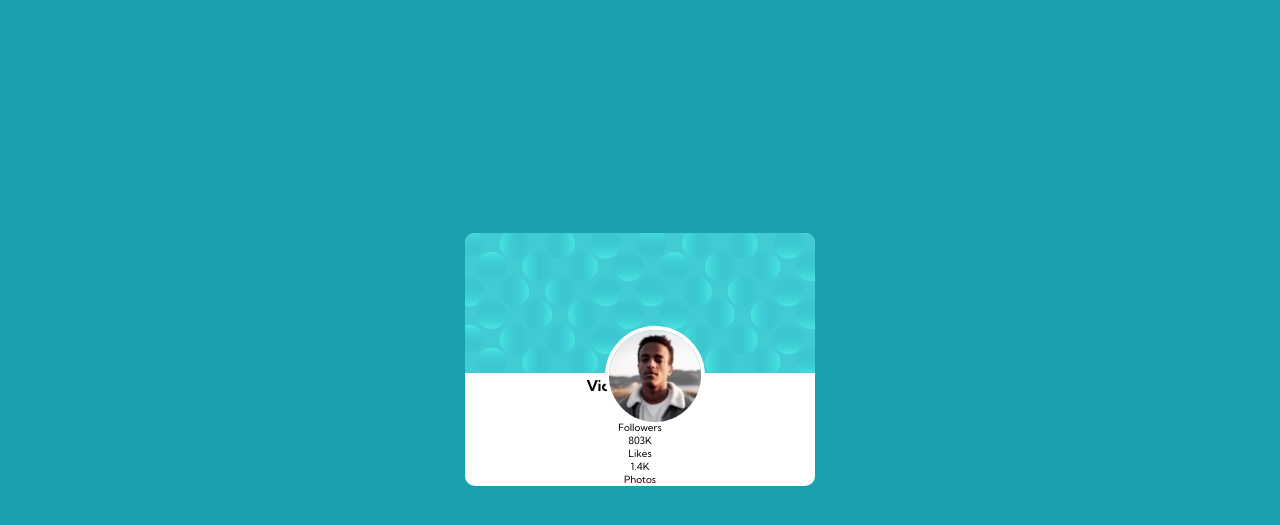
Repository: thaibaocoder1/profile-card-component-main
Page: index.html
These files come from the project's save history. The page is drawn as it stood at one moment and after a run of saves; the edit follows.
The browser window is 1280 px wide. The pictures show the whole page.

Above is the page before, as saved 2023-01-11 13:53:10.

### index.html
<!DOCTYPE html>
<html lang="en">
<head>
  <meta charset="UTF-8">
  <meta name="viewport" content="width=device-width, initial-scale=1.0">
  <link rel="icon" type="image/png" sizes="32x32" href="./images/favicon-32x32.png">
  <title>Frontend Mentor | Profile card component</title>
  <link rel="stylesheet" href="./style.css">
  <!-- Feel free to remove these styles or customise in your own stylesheet 👍 -->
  <style>
    .attribution { font-size: 11px; text-align: center; }
    .attribution a { color: hsl(228, 45%, 44%); }
  </style>
</head>
<body>
  <main class="card">
    <section class="card__wrapper">
      <img src="./images/bg-pattern-card.svg" alt="">
      <section class="card__content">
        <img src="./images/image-victor.jpg" alt="">
        <h2 class="card__bottom--heading">Victor Crest <span>26</span></h2>
        <p class="card__bottom--address">London</p>
        <section class="footer">
            <div class="card__bottom--item">
              <p>80K</p>
              <span>Followers</span>
            </div>
            <div class="card__bottom--item">
              <p>803K</p>
              <span>Likes</span>
            </div>
            <div class="card__bottom--item">
              <p>1.4K</p>
              <span>Photos</span>
            </div>
        </section>
      </section>
    </section>
  </main>
  <!-- <div class="attribution">
    Challenge by <a href="https://www.frontendmentor.io?ref=challenge" target="_blank">Frontend Mentor</a>.
    Coded by <a href="#">Your Name Here</a>.
  </div> -->
</body>
</html>

### style.css
@import url('https://fonts.googleapis.com/css2?family=Kumbh+Sans:wght@400;700&display=swap');
* {
    margin: 0;
    padding: 0;
    box-sizing: border-box;
    border: none;
    outline: none;
}
html {
    font-size: 62.5%;
}
body {
    text-rendering: optimizeLegibility;
    scroll-behavior: smooth;
    font-family: 'Kumbh Sans', sans-serif;
    display: flex;
    align-items: center;
    justify-content: center;
    background-color: var(--dark-cyan);
    height: calc(100vh - 1px)
}
:root {
    --dark-cyan: hsl(185, 75%, 39%);
    --very-dark-blue: hsl(229, 23%, 23%);
    --dark-blue: hsl(227, 10%, 46%);
    --dark-grey: hsl(0, 0%, 59%);
}
.card {
    margin: 0 auto;
    text-align: center;
}
.card__wrapper {
    max-width: 420px;
    background-color: #fff;
    border-radius: 1rem;
    overflow: hidden;
    margin: 1rem;
}
.card__content {
    position: relative;
}
.card__content img {
    width: 10rem;
    height: 10rem;
    border-radius: 50%;
    border: 4px solid #fff;
    position: absolute;
    top: 0;
    left: 40%;
    transform: translateY(-50%);
}

After the next 2 saves:
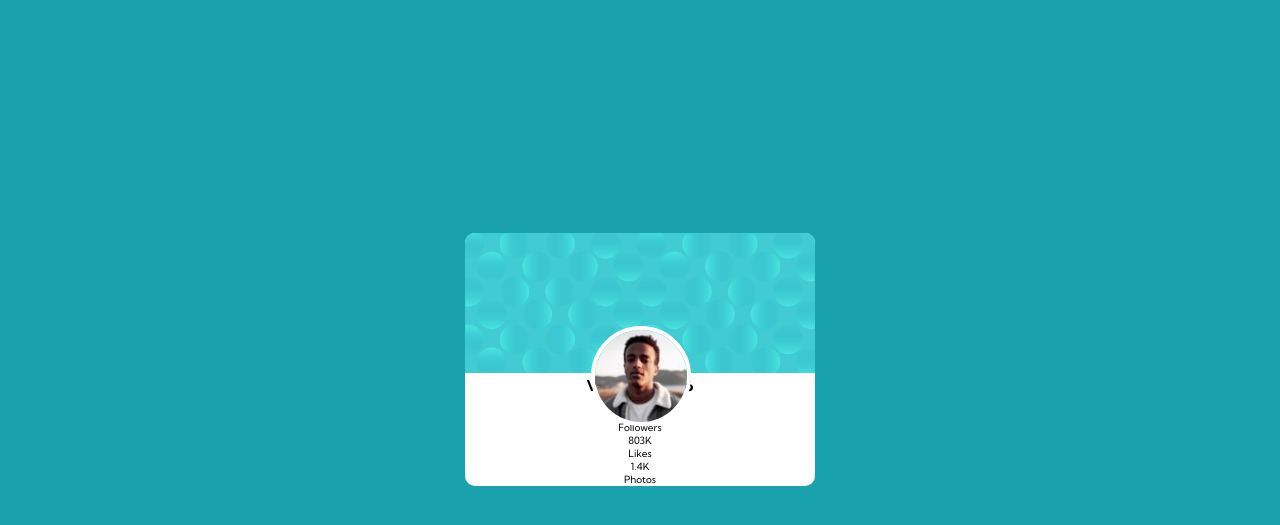
The 2 saves are shown as one change because they came seconds apart.
The last was saved 22 s later.
--- a/style.css
+++ b/style.css
@@ -46,6 +46,6 @@ body {
     border: 4px solid #fff;
     position: absolute;
     top: 0;
-    left: 40%;
+    left: 36%;
     transform: translateY(-50%);
 }
